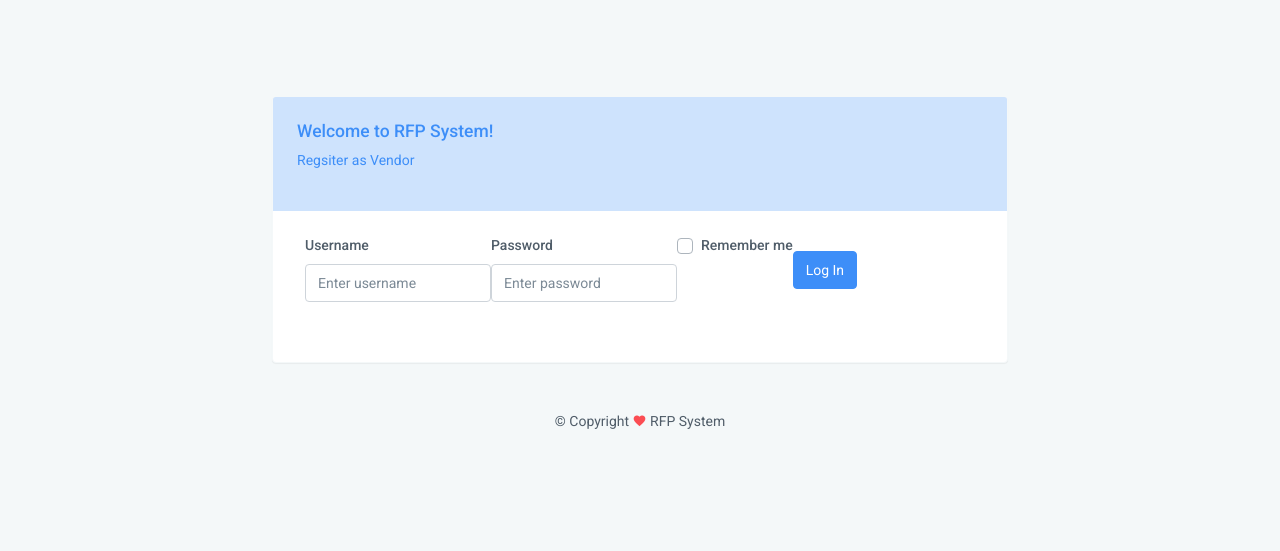
Repository: saurabhgithb/RFP-System
Page: register.html
An editor plug-in stored every save of this project. The page is shown before and after the next save, followed by the edit.
The browser window is 1280 px wide. The pictures show the whole page.

Above is the page before, as saved 2023-01-04 14:26:41.

After the next save:
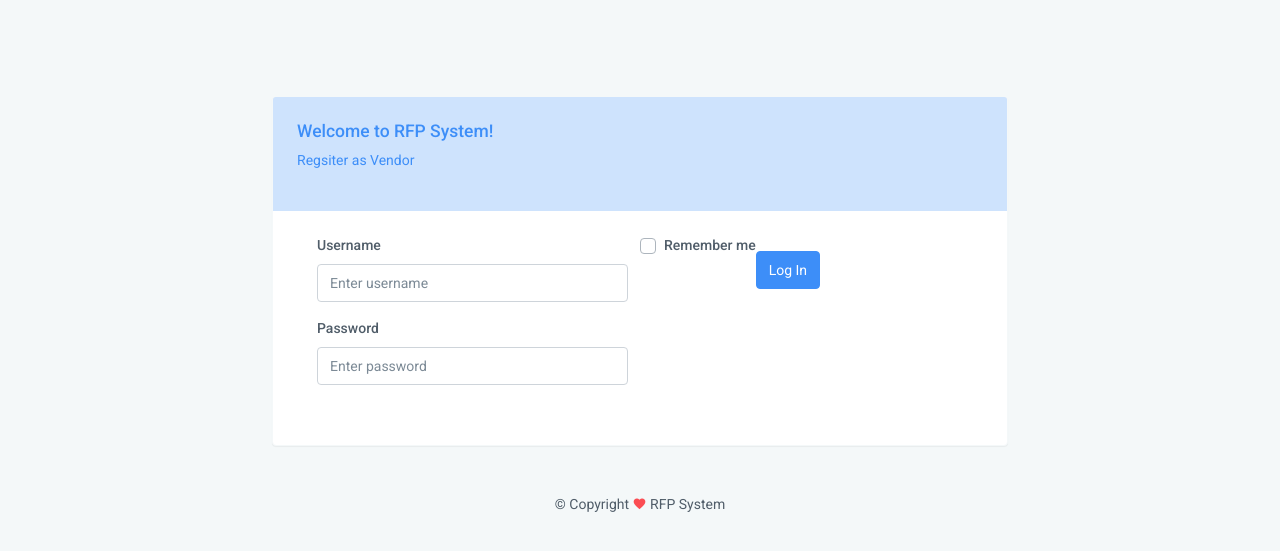
Saved 31 s later.
--- a/register.html
+++ b/register.html
@@ -44,15 +44,18 @@
                                 <div class="p-4">
                                     <form class="form-horizontal" action="">
                                         <div class="row">
-                                            <div class="form-group">
-                                                <label for="username">Username</label>
-                                                <input type="text" class="form-control" id="username" placeholder="Enter username">
+                                            <div class="col-md-12 col-lg-6 col-xl-6">
+                                                <div class="form-group">
+                                                    <label for="username">Username</label>
+                                                    <input type="text" class="form-control" id="username" placeholder="Enter username">
+                                                </div>
+
+                                                <div class="form-group">
+                                                    <label for="userpassword">Password</label>
+                                                    <input type="password" class="form-control" id="userpassword" placeholder="Enter password">
+                                                </div>
                                             </div>
 
-                                            <div class="form-group">
-                                                <label for="userpassword">Password</label>
-                                                <input type="password" class="form-control" id="userpassword" placeholder="Enter password">
-                                            </div>
 
                                             <div class="custom-control custom-checkbox">
                                                 <input type="checkbox" class="custom-control-input" id="customControlInline">
